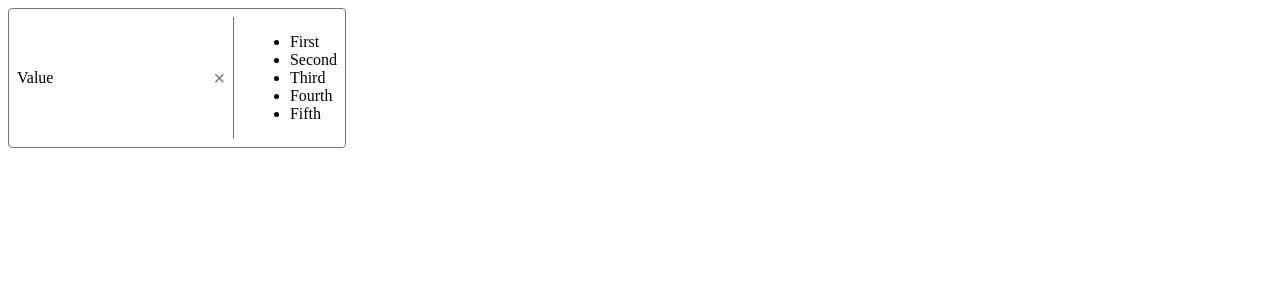
Repository: csabbah/ts-react-custom-select
Page: /
These files come from the project's save history. The page is drawn as it stood at one moment and after the next save; the edit follows.
The browser window is 1280 px wide. The pictures show the whole page.
The project was rebuilt for these pictures with package versions that can differ from the ones it lists, and the page was loaded fresh each time. Also part of the build but not shown: vite.config.ts.

Above is the page before, as saved 2022-12-24 11:57:37.

### src/App.tsx
import { Select } from "./Select";

const options = [
  { label: "First", value: 1 },
  { label: "Second", value: 2 },
  { label: "Third", value: 3 },
  { label: "Fourth", value: 4 },
  { label: "Fifth", value: 5 },
];
function App() {
  return (
    <div>
      <Select options={options} />
    </div>
  );
}

export default App;

### src/Select.tsx
import styles from "./select.module.css";

type SelectOption = {
  label: string;
  value: any;
};

type SelectProps = {
  options: SelectOption[];
  value?: SelectOption; // value? means this value is optional
  onChange: (value: SelectOption | undefined) => void; // Void -  This function returns nothing
};

export function Select({ value, onChange, options }: SelectProps) {
  return (
    <>
      <div tabIndex={0} className={styles.container}>
        <span className={styles.value}>Value</span>
        <button className={styles["clear-btn"]}>&times;</button>
        <div className={styles.divider}></div>
        <div className={styles.caret}></div>
        <ul className={styles.options}>
          {options.map((option) => (
            <li key={option.label} className={styles.option}>
              {option.label}
            </li>
          ))}
        </ul>
      </div>
    </>
  );
}

### src/select.module.css
.container {
  position: relative;
  width: 20em;
  min-height: 1.5em;
  border: 0.1em solid #777;
  display: flex;
  align-items: center;
  gap: 0.5em;
  padding: 0.5em;
  border-radius: 0.25em;
  outline: none;
  transition: 0.1s all ease-in-out;
}

.container:focus {
  border-color: rgb(56, 165, 232);
  transition: 0.1s all ease-in-out;
}

.value {
  flex-grow: 1;
}

.clear-btn {
  background: none;
  color: #777;
  border: none;
  outline: none;
  cursor: pointer;
  padding: 0;
  font-size: 1.25rem;
}

.clear-btn:focus,
.clear-btn:hover {
  color: #333;
}

.divider {
  background-color: #777;
  align-self: stretch;
  width: 0.05em;
}

.caret {
  border: 0.25em sold transparent;
  border-top-color: #777;
}

Loaded but not shown: index.html (common file); src/main.tsx (common file)

After the next save:
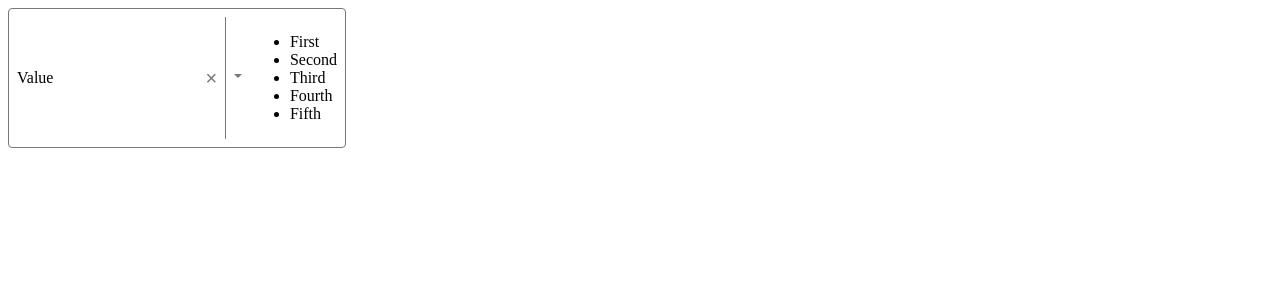
Saved 7 s later.
--- a/src/select.module.css
+++ b/src/select.module.css
@@ -43,6 +43,6 @@
 }
 
 .caret {
-  border: 0.25em sold transparent;
+  border: 0.25em solid transparent;
   border-top-color: #777;
 }
